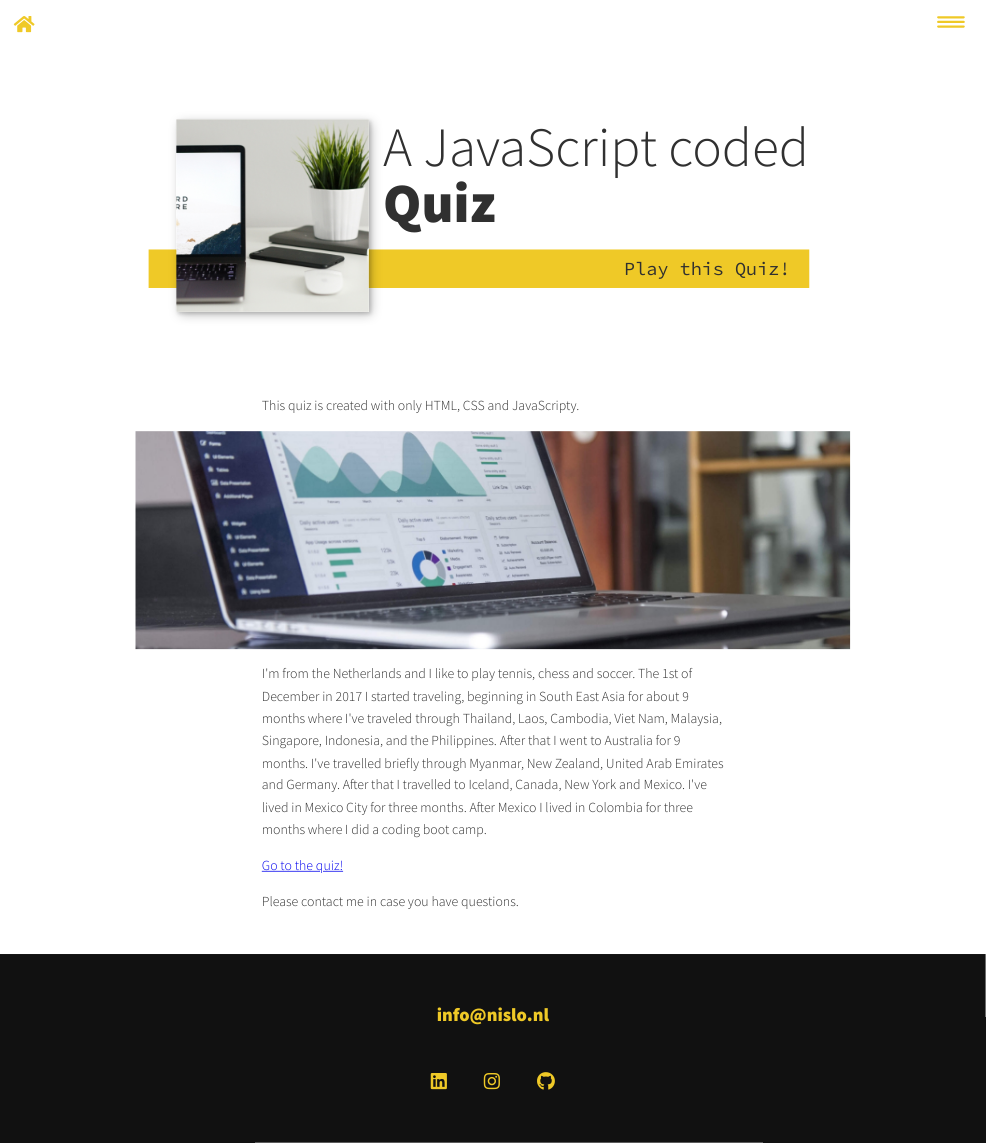
Repository: DaNiels89/portfolio
Page: portfolio-item-02.html
These files come from the project's save history. The page is drawn as it stood at one moment and after the next save; the edit follows.
The browser window is 1280 px wide. The pictures show the whole page, at 77% of full size.
Some web libraries are served in a nearby version.

Above is the page before, as saved 2020-06-22 11:40:28.

After the next save:
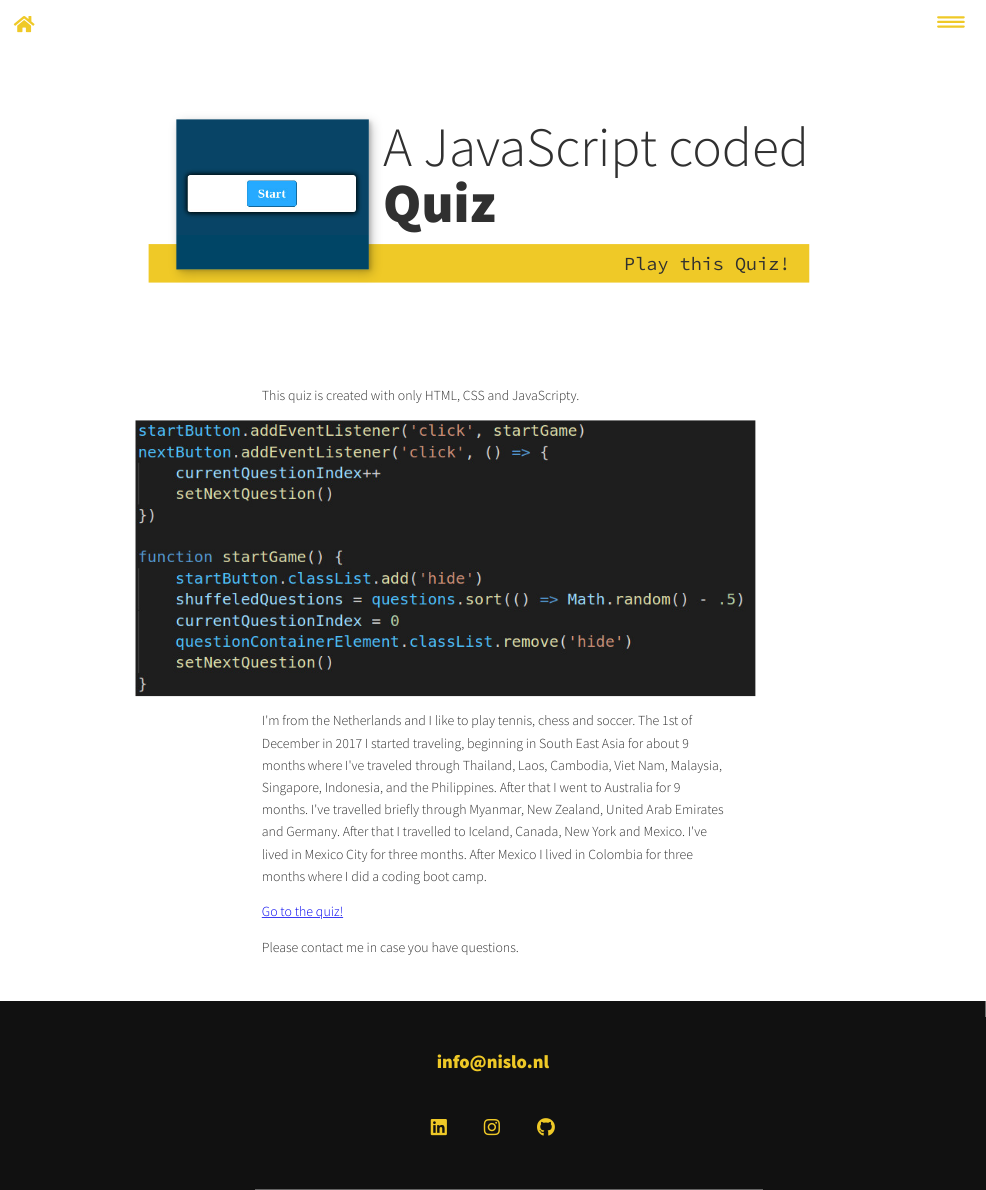
Saved 12 min 52 s later.
--- a/portfolio-item-02.html
+++ b/portfolio-item-02.html
@@ -73,14 +73,14 @@
 			A JavaScript coded <strong>Quiz</strong>
 		</h1>
 		<p class="section__subtitle section__subtitle--intro">Play this Quiz!</p>
-		<img src="img/portfolio-02.jpg" alt="" class="intro__img" />
+		<img src="quiz-js/img/start.jpg" alt="" class="intro__img" />
 	</section>
 
 	<div class="portfolio-item-individual">
 		<p>
 			This quiz is created with only HTML, CSS and JavaScripty.
 		</p>
-		<img src="img/portfolio-details.jpg" alt="" />
+		<img src="quiz-js/img/code.jpg" alt="" />
 		<p>
 			I'm from the Netherlands and I like to play tennis, chess and soccer. The 1st of December in 2017 I started
 			traveling, beginning in South East Asia for about 9 months where I've traveled through Thailand, Laos,
